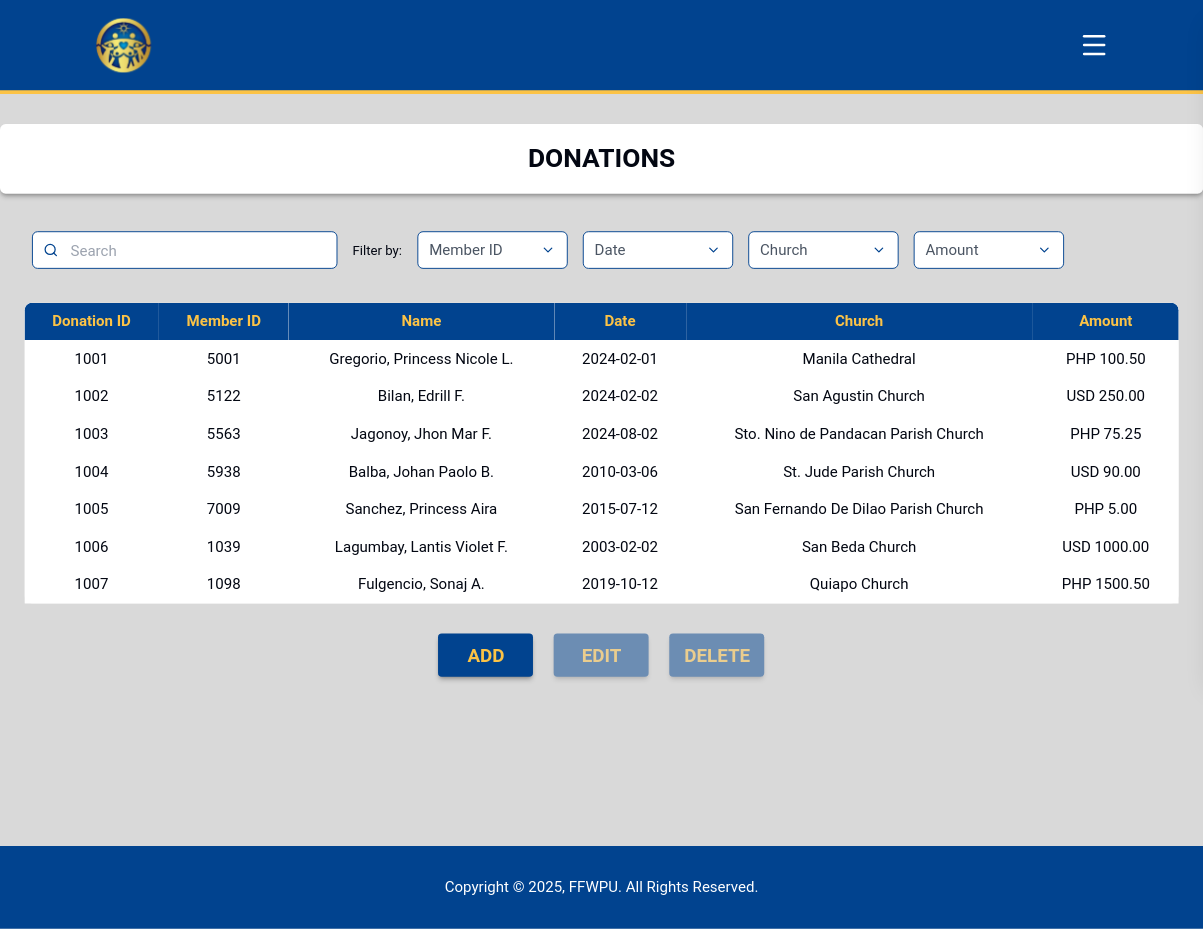
Repository: CoderTofu/FFWPU_System
Page: /donation
An editor plug-in stored every save of this project. The page is shown before and after the next save, followed by the edit.
The browser window is 1280 px wide. The pictures show the whole page, at 94% of full size.
The project was rebuilt for these pictures with package versions that can differ from the ones it lists, and the page was loaded fresh each time. The framework's server and built-in components were replaced by stand-ins that run in the browser. Also part of the build but not shown: next.config.ts, src/components/NavbarPublic.tsx, src/components/FooterPublic.tsx, src/lib/utils.ts, src/components/ui/dialog.tsx, src/components/ui/button.tsx, src/components/Modal.tsx.

Above is the page before, as saved 2025-03-07 10:40:47.

### src/app/layout.tsx
import type { Metadata } from "next";
import "./globals.css";
import Preloader from "../components/Preloader";
import LayoutWrapper from "@/components/LayoutWrapper";

export const metadata: Metadata = {
  title: "FFWPU-System",
  description: "Created to help the FFWPU organization",
};

export default function RootLayout({
  children,
}: Readonly<{ children: React.ReactNode }>) {
  return (
    <html lang="en">
      <link rel="icon" href="/icons/ffwpu_icon.svg" sizes="any" />
      <body className="antialiased min-h-screen flex flex-col bg-[#f1f1f1]">
        <Preloader />
        <LayoutWrapper>{children}</LayoutWrapper>
      </body>
    </html>
  );
}

### src/app/globals.css
@tailwind base;
@tailwind components;
@tailwind utilities;

@import url("https://fonts.googleapis.com/css2?family=Roboto:ital,wght@0,100..900;1,100..900&display=swap");

:root {
  --roboto-font: "Roboto", "arial";
}

* {
  font-family: var(--roboto-font);
}



@layer base {
  :root {
    --background: 0 0% 100%;
    --foreground: 224 71.4% 4.1%;
    --card: 0 0% 100%;
    --card-foreground: 224 71.4% 4.1%;
    --popover: 0 0% 100%;
    --popover-foreground: 224 71.4% 4.1%;
    --primary: 220.9 39.3% 11%;
    --primary-foreground: 210 20% 98%;
    --secondary: 220 14.3% 95.9%;
    --secondary-foreground: 220.9 39.3% 11%;
    --muted: 220 14.3% 95.9%;
    --muted-foreground: 220 8.9% 46.1%;
    --accent: 220 14.3% 95.9%;
    --accent-foreground: 220.9 39.3% 11%;
    --destructive: 0 84.2% 60.2%;
    --destructive-foreground: 210 20% 98%;
    --border: 220 13% 91%;
    --input: 220 13% 91%;
    --ring: 224 71.4% 4.1%;
    --chart-1: 12 76% 61%;
    --chart-2: 173 58% 39%;
    --chart-3: 197 37% 24%;
    --chart-4: 43 74% 66%;
    --chart-5: 27 87% 67%;
    --radius: 0.5rem;
  }
  .dark {
    --background: 224 71.4% 4.1%;
    --foreground: 210 20% 98%;
    --card: 224 71.4% 4.1%;
    --card-foreground: 210 20% 98%;
    --popover: 224 71.4% 4.1%;
    --popover-foreground: 210 20% 98%;
    --primary: 210 20% 98%;
    --primary-foreground: 220.9 39.3% 11%;
    --secondary: 215 27.9% 16.9%;
    --secondary-foreground: 210 20% 98%;
    --muted: 215 27.9% 16.9%;
    --muted-foreground: 217.9 10.6% 64.9%;
    --accent: 215 27.9% 16.9%;
    --accent-foreground: 210 20% 98%;
    --destructive: 0 62.8% 30.6%;
    --destructive-foreground: 210 20% 98%;
    --border: 215 27.9% 16.9%;
    --input: 215 27.9% 16.9%;
    --ring: 216 12.2% 83.9%;
    --chart-1: 220 70% 50%;
    --chart-2: 160 60% 45%;
    --chart-3: 30 80% 55%;
    --chart-4: 280 65% 60%;
    --chart-5: 340 75% 55%;
  }
}



@layer base {
  * {
    @apply border-border outline-ring/50;
  }
  body {
    @apply bg-background text-foreground;
  }
}

### src/components/Preloader.tsx
"use client";

import { useState, useEffect } from "react";

export default function Preloader() {
  const [loading, setLoading] = useState(true);

  useEffect(() => {
    const timer = setTimeout(() => {
      setLoading(false);
    }, 1000); // Adjust this time as needed

    return () => clearTimeout(timer);
  }, []);

  if (!loading) return null;

  return (
    <div className="fixed inset-0 z-50 flex items-center justify-center bg-white">
      <div className="h-16 w-16 animate-spin rounded-full border-4 border-solid border-primary border-t-transparent"></div>
    </div>
  );
}

### src/components/LayoutWrapper.tsx
"use client";

import { usePathname } from "next/navigation";
import NavbarPublic from "@/components/navbarPublic";
import NavbarPrivate from "@/components/navbarPrivate";
import FooterPublic from "@/components/footerPublic";
import FooterPrivate from "@/components/footerPrivate";

export default function LayoutWrapper({
  children,
}: {
  children: React.ReactNode;
}) {
  const pathname = usePathname();

  // Define private routes
  const isPublic =
    pathname.startsWith("/about") ||
    pathname.startsWith("/contact") ||
    pathname.startsWith("/login") ||
    pathname.endsWith("/"); // Home page

  return (
    <>
      {isPublic ? <NavbarPublic /> : <NavbarPrivate />}
      <main className="min-h-screen flex-grow">{children}</main>
      {isPublic ? <FooterPublic /> : <FooterPrivate />}
    </>
  );
}

### src/components/Table.tsx
"use client";  // Sabi ni chatgpt need ito hahaha

import React, { useState, useEffect, useRef } from "react";
import { useRouter } from "next/navigation";

interface TableProps {
  data: { [key: string]: any }[];
  columns: { [key in "lg" | "md" | "sm"]: string[] };
  rowDoubleClickPath?: string; // Path where the row should redirect
  onRowSelect?: (row: any | null) => void;
}

const Table: React.FC<TableProps> = ({ data, columns, rowDoubleClickPath, onRowSelect}) => {
  const [tableSize, setTableSize] = useState<"lg" | "md" | "sm">("lg");
  const [selectedRow, setSelectedRow] = useState<number | null>(null);
  const router = useRouter();
  const tableRef = useRef<HTMLDivElement>(null);

  // Automatically update table size based on screen width
  useEffect(() => {
    const updateTableSize = () => {
      const width = window.innerWidth;
      if (width >= 1024) setTableSize("lg");
      else if (width >= 768) setTableSize("md");
      else setTableSize("sm");
    };

    updateTableSize(); // Set initial size
    window.addEventListener("resize", updateTableSize);
    return () => window.removeEventListener("resize", updateTableSize);
  }, []);

  const visibleHeaders = columns[tableSize];

  {/*Handles Single Click Selection*/}
  const handleRowClick = (index: number, row: any) => {
    setSelectedRow(index);
    if (onRowSelect) {
      onRowSelect(row); // Send selected row to parent component
    }
  };

  {/*Handles Clicks Outside Rows to Deselect*/}
  useEffect(() => {
    const handleClickOutside = (event: MouseEvent) => {
      if (tableRef.current && !tableRef.current.contains(event.target as Node)) {
        setSelectedRow(null);
        if (onRowSelect) {
          onRowSelect(null); // Notify parent
        }
      }
    };

    document.addEventListener("click", handleClickOutside);
    return () => document.removeEventListener("click", handleClickOutside);
  }, []);

  {/*Handles Double Click Redirection*/}
  const handleRowDoubleClick = (row: any) => {
    if (rowDoubleClickPath) {
      router.push(`${rowDoubleClickPath}/${row.ID}`); // Redirect with ID in URL
    }
  };

  return (
    <div ref={tableRef} className="overflow-x-auto min-h-[300px] max-h-[450px] overflow-y-auto rounded-lg">
      <table className="min-w-full border-gray-300 bg-white rounded-lg">
        {/* Table Head */}
        <thead className="bg-gray-200 sticky top-0">
          <tr className="bg-[#01438F] text-[#FCC346] cursor-pointer">
            {visibleHeaders.map((header) => (
              <th key={header} className="px-4 py-2 text-center top-0">
                {header}
              </th>
            ))}
          </tr>
        </thead>

        {/* Table Body */}
        <tbody>
          {data.map((row, index) => (
            <tr key={index} className={`cursor-pointer transition
              ${selectedRow === index ? "bg-[#E7E6E6]" : "hover:bg-[#E7E6E6]"}`}
            onClick={() => handleRowClick(index, row)}
            onDoubleClick={() => handleRowDoubleClick(row)}>
              {visibleHeaders.map((header) => (
                <td key={header} className="px-4 py-2 text-center">
                  {row[header] ?? "-"}
                </td>
              ))}
            </tr>
          ))}
        </tbody>
      </table>
    </div>
  );
};

export default Table;

### src/components/DonationModals.tsx
// DonationModals.tsx
"use client";
import { useRef, useEffect, useState } from "react";
import { ChevronDown, Search } from "lucide-react";

interface DataItem {
  "Donation ID": number;
  "Member ID": number;
  Name: string;
  Date: string;
  Church: string;
  Amount: string;
}

interface FilterDropdownProps {
  handleSort: (key: keyof DataItem, order: "asc" | "desc") => void;
  openSortDropdown: string | null;
  toggleSortDropdown: (dropdown: string | null) => void;
}

export default function DonationModals({
  handleSort,
  openSortDropdown,
  toggleSortDropdown,
}: FilterDropdownProps) {
  const dropdownRef = useRef<HTMLDivElement>(null);
  const [selectedFilters, setSelectedFilters] = useState<{ [key: string]: string }>({});

  useEffect(() => {
    const handleClickOutside = (event: MouseEvent) => {
      if (dropdownRef.current && !dropdownRef.current.contains(event.target as Node)) {
        toggleSortDropdown(null);
      }
    };
    document.addEventListener("mousedown", handleClickOutside);
    return () => document.removeEventListener("mousedown", handleClickOutside);
  }, [toggleSortDropdown]);

  const filterKeyMap: { [key: string]: keyof DataItem } = {
    "Member ID": "Member ID",
    Date: "Date",
    Church: "Church",
    Amount: "Amount",
  };

  return (
    <div className="flex flex-wrap items-center gap-4">
      <div className="relative min-w-[250px] sm:w-[275px] md:w-[300px] lg:w-[325px]">
        <Search className="absolute left-3 top-1/2 transform -translate-y-1/2 w-4 h-4 text-[#01438F]" />
        <input
          className="w-full h-10 pl-10 border border-[#01438F] rounded-md outline-none"
          type="text"
          placeholder="Search"
        />
      </div>

      <span className="text-[14px] flex-wrap sm:w-auto w-full">Filter by:</span>

      <div ref={dropdownRef} className="flex flex-wrap items-center gap-4 sm:w-auto">
        {["Member ID", "Date", "Church", "Amount"].map((filter) => (
          <div key={filter} className="relative">
            <button
              onClick={() => toggleSortDropdown(openSortDropdown === filter ? null : filter)}
              className="w-[120px] md:w-[140px] lg:w-[160px] h-10 border border-[#01438F] rounded-md px-3 outline-none bg-white text-gray-600 flex justify-between items-center"
            >
              {filter}
              <ChevronDown className="w-4 h-4 text-[#01438F]" />
            </button>

            {openSortDropdown === filter && (
              <div className="absolute mt-1 w-full bg-white border border-[#01438F] rounded-md shadow-md z-10">
                <label className="flex items-center px-3 py-2 hover:bg-gray-200 hover:rounded-sm">
                  <input
                    type="radio"
                    name={filter}
                    className="mr-2"
                    checked={selectedFilters[filter] === "Ascending"}
                    onChange={() => {
                      setSelectedFilters({ ...selectedFilters, [filter]: "Ascending" });
                      handleSort(filterKeyMap[filter], "asc");
                      toggleSortDropdown(null);
                    }}
                  />
                  Ascending
                </label>
                <label className="flex items-center px-3 py-2 hover:bg-gray-200 hover:rounded-sm">
                  <input
                    type="radio"
                    name={filter}
                    className="mr-2"
                    checked={selectedFilters[filter] === "Descending"}
                    onChange={() => {
                      setSelectedFilters({ ...selectedFilters, [filter]: "Descending" });
                      handleSort(filterKeyMap[filter], "desc");
                      toggleSortDropdown(null);
                    }}
                  />
                  Descending
                </label>
              </div>
            )}
          </div>
        ))}
      </div>
    </div>
  );
}

### src/components/NavbarPrivate.tsx
/* eslint-disable @next/next/no-img-element */
"use client";

import { useState, useEffect } from "react";
import { Menu, X, ArrowRight, CircleUserRound } from "lucide-react"; // Added more icons

export default function NavbarPublic() {
  const [isSidebarOpen, setIsSidebarOpen] = useState(false);

  // Prevent scrolling when sidebar is open
  useEffect(() => {
    if (isSidebarOpen) {
      document.body.style.overflow = "hidden";
    } else {
      document.body.style.overflow = "unset";
    }
    return () => {
      document.body.style.overflow = "unset";
    };
  }, [isSidebarOpen]);

  const navItems = [
    { name: "Member Information", href: "/member" },
    { name: "Worship Event", href: "/worship" },
    { name: "Blessings Management", href: "/blessing" },
    { name: "Donations", href: "/donation" },
    { name: "Reporting", href: "/reporting" },
    { name: "CMS", href: "/cms" },
  ];

  return (
    <div className="bg-[#01438F] border-b-4 border-[#FCC346] text-white p-4 px-[100px] min-h-[100px] flex justify-between items-center">
      {/* Logo */}
      <div className="flex gap-4 items-center">
        <a href={"/"}>
          <img
            src="/icons/ffwpu_icon.svg"
            className="h-full w-auto"
            alt="Site Icon"
          />
        </a>
      </div>

      {/* Mobile Menu Button */}
      <button
        className="transition-transform duration-200 ease-in-out hover:scale-110"
        onClick={() => setIsSidebarOpen(true)}
      >
        <Menu className="w-8 h-8" />
      </button>

      {/* Sidebar (Mobile Navigation) */}
      <div
        className={`z-50 fixed top-0 right-0 w-64 h-full ${
          isSidebarOpen ? "translate-x-0" : "translate-x-full"
        } bg-[#01438F] shadow-xl p-6 flex flex-col gap-6 text-lg transition-all duration-300 border-yellow-400 border-l-8`}
      >
        <div className="flex justify-between items-center mb-8">
          <h2 className="text-2xl font-bold text-yellow-400">FFWPU</h2>
          <button
            className="transition-transform duration-200 ease-in-out hover:scale-110 hover:rotate-90"
            onClick={() => setIsSidebarOpen(false)}
          >
            <X className="w-8 h-8" />
          </button>
        </div>

        <div className="flex flex-col justify-center items-center">
          <CircleUserRound className="w-28 h-28" />
          <h3 className="mt-1 text-xl font-light italic text-center">
            Welcome, <br />
            Admin!
          </h3>
        </div>

        {navItems.map((item, index) => (
          <a
            key={item.name + index}
            className="flex items-center hover:bg-blue-700 p-2 rounded-md transition-all duration-200 hover:translate-x-2 text-base"
            href={item.href}
            onClick={() => setIsSidebarOpen(false)}
          >
            {item.name}
          </a>
        ))}

        <a
          href={"/"}
          className="mt-auto transition-all duration-200 hover:scale-110 justify-center items-center flex "
        >
          <ArrowRight className="w-12 h-12" />
        </a>
      </div>

      {/* Overlay */}
      {isSidebarOpen && (
        <div
          className="fixed inset-0 bg-black bg-opacity-50 z-40 transition-opacity duration-300 ease-in-out"
          onClick={() => setIsSidebarOpen(false)}
        />
      )}
    </div>
  );
}

### src/components/FooterPrivate.tsx
export default function FooterPrivate() {
  return (
    <div className="bg-[#01438F] text-white p-8 text-center">
      Copyright © 2025, FFWPU. All Rights Reserved.
    </div>
  );
}

### tailwind.config.ts
import type { Config } from "tailwindcss";

export default {
    darkMode: ["class"],
    content: [
    "./src/pages/**/*.{js,ts,jsx,tsx,mdx}",
    "./src/components/**/*.{js,ts,jsx,tsx,mdx}",
    "./src/app/**/*.{js,ts,jsx,tsx,mdx}",
    "./src/components/*.{js,ts,jsx,tsx,mdx}",
  ],
  theme: {
  	extend: {
  		borderRadius: {
  			lg: 'var(--radius)',
  			md: 'calc(var(--radius) - 2px)',
  			sm: 'calc(var(--radius) - 4px)'
  		},
  		colors: {
  			background: 'hsl(var(--background))',
  			foreground: 'hsl(var(--foreground))',
  			card: {
  				DEFAULT: 'hsl(var(--card))',
  				foreground: 'hsl(var(--card-foreground))'
  			},
  			popover: {
  				DEFAULT: 'hsl(var(--popover))',
  				foreground: 'hsl(var(--popover-foreground))'
  			},
  			primary: {
  				DEFAULT: 'hsl(var(--primary))',
  				foreground: 'hsl(var(--primary-foreground))'
  			},
  			secondary: {
  				DEFAULT: 'hsl(var(--secondary))',
  				foreground: 'hsl(var(--secondary-foreground))'
  			},
  			muted: {
  				DEFAULT: 'hsl(var(--muted))',
  				foreground: 'hsl(var(--muted-foreground))'
  			},
  			accent: {
  				DEFAULT: 'hsl(var(--accent))',
  				foreground: 'hsl(var(--accent-foreground))'
  			},
  			destructive: {
  				DEFAULT: 'hsl(var(--destructive))',
  				foreground: 'hsl(var(--destructive-foreground))'
  			},
  			border: 'hsl(var(--border))',
  			input: 'hsl(var(--input))',
  			ring: 'hsl(var(--ring))',
  			chart: {
  				'1': 'hsl(var(--chart-1))',
  				'2': 'hsl(var(--chart-2))',
  				'3': 'hsl(var(--chart-3))',
  				'4': 'hsl(var(--chart-4))',
  				'5': 'hsl(var(--chart-5))'
  			}
  		}
  	}
  },
  plugins: [require("tailwindcss-animate")],
} satisfies Config;

Loaded but not shown: src/app/(private)/donation/page.tsx (175 lines, source omitted)

After the next save:
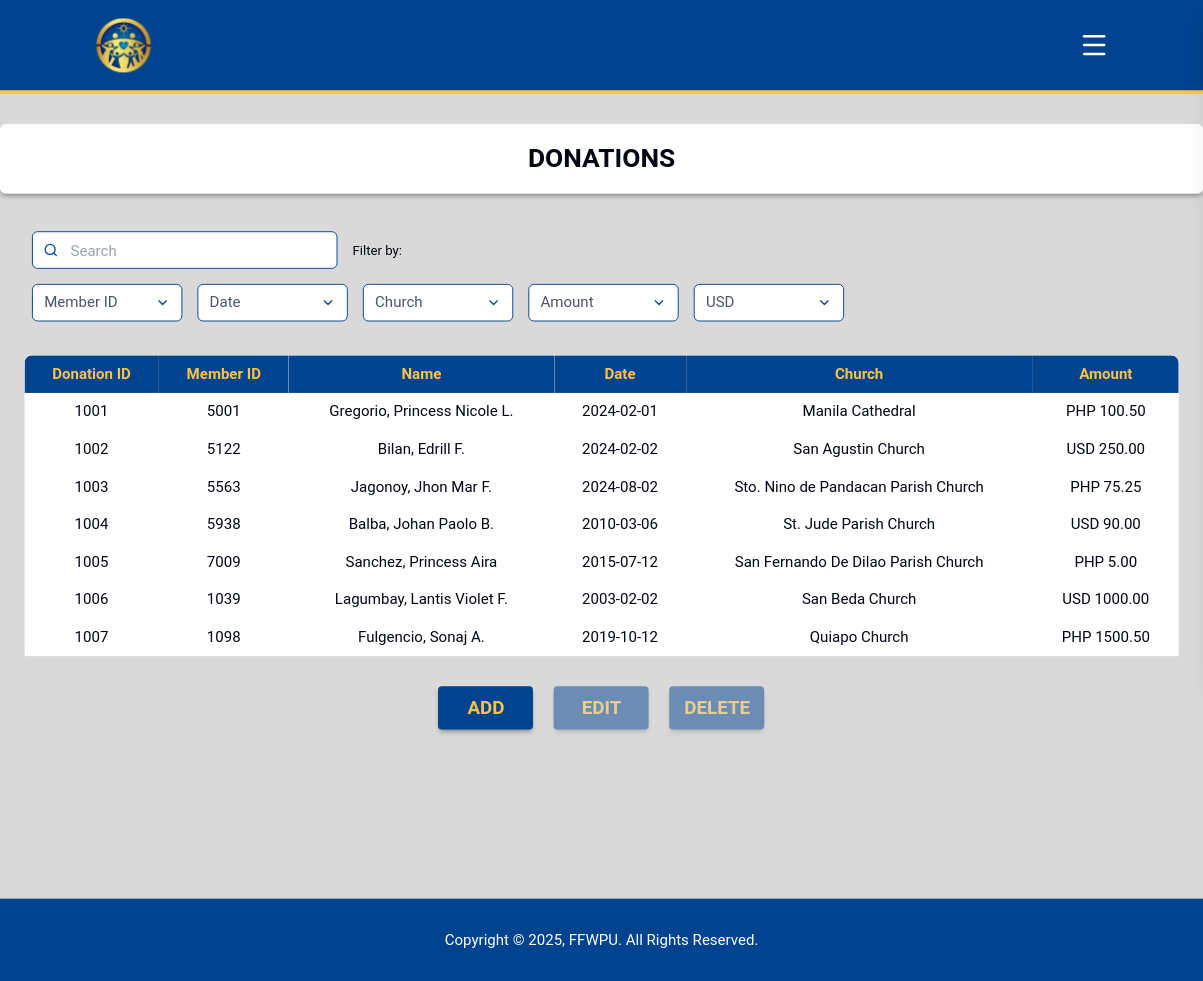
Saved 14 min 40 s later.
--- a/src/components/DonationModals.tsx
+++ b/src/components/DonationModals.tsx
@@ -1,4 +1,3 @@
-// DonationModals.tsx
 "use client";
 import { useRef, useEffect, useState } from "react";
 import { ChevronDown, Search } from "lucide-react";
@@ -18,6 +17,11 @@
   toggleSortDropdown: (dropdown: string | null) => void;
 }
 
+const exchangeRates = {
+  USD: 1,
+  PHP: 55, // Example: 1 USD = 55 PHP
+};
+
 export default function DonationModals({
   handleSort,
   openSortDropdown,
@@ -25,6 +29,7 @@
 }: FilterDropdownProps) {
   const dropdownRef = useRef<HTMLDivElement>(null);
   const [selectedFilters, setSelectedFilters] = useState<{ [key: string]: string }>({});
+  const [currency, setCurrency] = useState<string>("USD");
 
   useEffect(() => {
     const handleClickOutside = (event: MouseEvent) => {
@@ -41,6 +46,23 @@
     Date: "Date",
     Church: "Church",
     Amount: "Amount",
+  };
+
+  const handleCurrencyChange = (selectedCurrency: string) => {
+    setCurrency(selectedCurrency);
+  };
+
+  // Function to convert the amount based on selected currency
+  const convertAmount = (amount: string): number => {
+    const currencySymbol = amount.split(" ")[0]; // Get the currency symbol (e.g., USD or PHP)
+    const numericValue = parseFloat(amount.split(" ")[1]); // Get the numeric value of the amount
+
+    if (currencySymbol === "USD") {
+      return numericValue * exchangeRates[currency as "USD" | "PHP"]; // Convert based on the selected currency
+    } else if (currencySymbol === "PHP") {
+      return numericValue / exchangeRates[currency as "USD" | "PHP"]; // Reverse the conversion for PHP to USD
+    }
+    return numericValue;
   };
 
   return (
@@ -101,6 +123,42 @@
             )}
           </div>
         ))}
+
+        {/* Currency Selector */}
+        <div className="relative">
+          <button
+            onClick={() => toggleSortDropdown(openSortDropdown === "Currency" ? null : "Currency")}
+            className="w-[120px] md:w-[140px] lg:w-[160px] h-10 border border-[#01438F] rounded-md px-3 outline-none bg-white text-gray-600 flex justify-between items-center"
+          >
+            {currency}
+            <ChevronDown className="w-4 h-4 text-[#01438F]" />
+          </button>
+
+          {openSortDropdown === "Currency" && (
+            <div className="absolute mt-1 w-full bg-white border border-[#01438F] rounded-md shadow-md z-10">
+              <label className="flex items-center px-3 py-2 hover:bg-gray-200 hover:rounded-sm">
+                <input
+                  type="radio"
+                  name="currency"
+                  className="mr-2"
+                  checked={currency === "USD"}
+                  onChange={() => handleCurrencyChange("USD")}
+                />
+                USD
+              </label>
+              <label className="flex items-center px-3 py-2 hover:bg-gray-200 hover:rounded-sm">
+                <input
+                  type="radio"
+                  name="currency"
+                  className="mr-2"
+                  checked={currency === "PHP"}
+                  onChange={() => handleCurrencyChange("PHP")}
+                />
+                PHP
+              </label>
+            </div>
+          )}
+        </div>
       </div>
     </div>
   );
